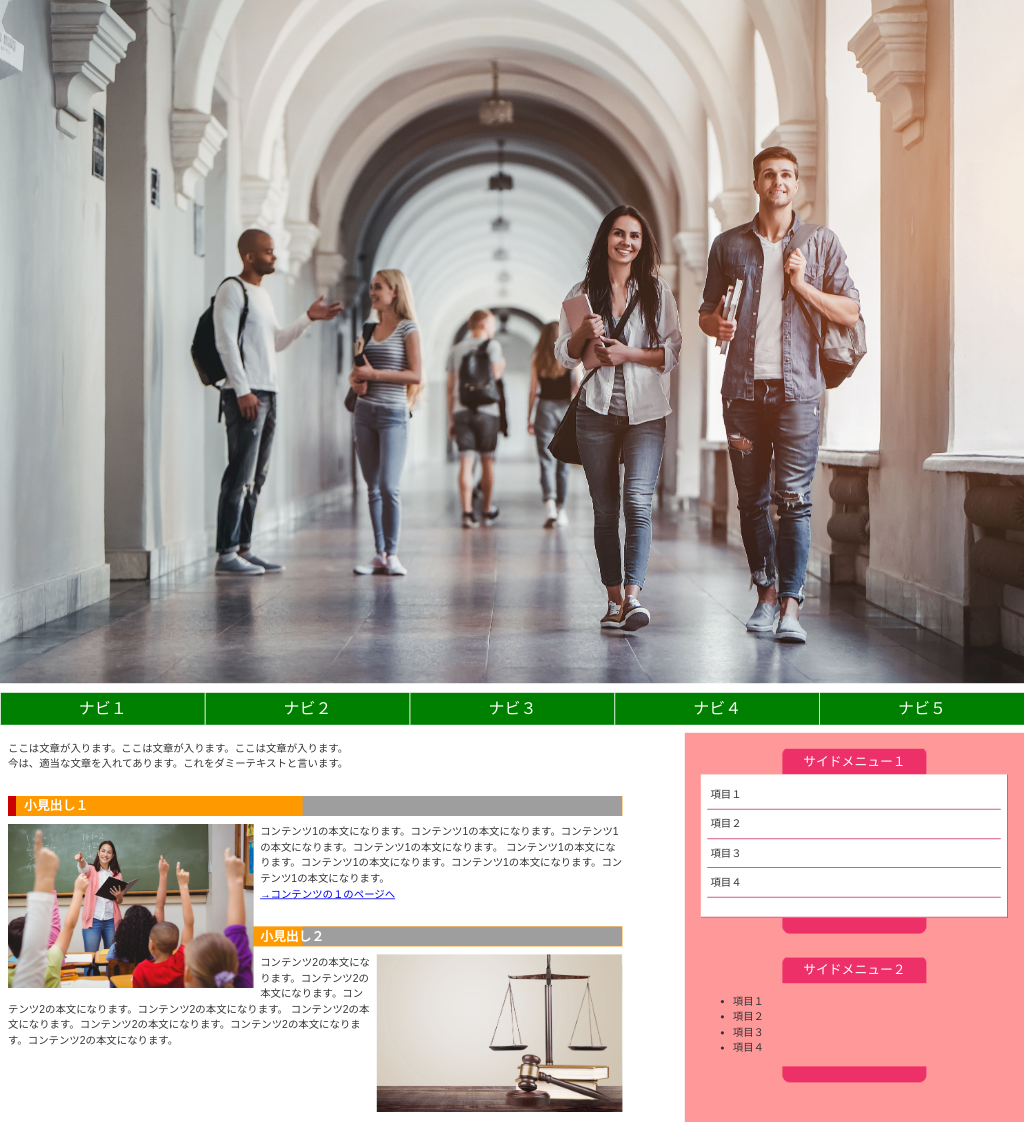
Repository: k-s-k119/samurai_HTML-CSS
Page: home.html
The author's editor kept a record of every edit. The page is drawn from the files as they stood at one moment, then again after the next edit.
The browser window is 1280 px wide. The pictures show the whole page, at 80% of full size.
Pictures or frames that could not be fetched are drawn as grey boxes.

Above is the page before.

### home.html
<!DOCTYPE html>
<html lang="ja">
  <head>
    <meta charset="UTF-8">
    <title>HTML/CSSの学習</title>
    <link rel="stylesheet" href="stylesheet.css">
  </head>
  <body>
    <div id="header">
      <h1><a href="index.html"><img id="corridor" src="images/corridor.jpg" alt="大学の廊下" /></a></h1>
    </div>
    <div id="wrapper">
      <div id="nav">
        <ul>
          <li><a href="home.html">ナビ１</a></li>
          <li><a href="#">ナビ２</a></li>
          <li><a href="#">ナビ３</a></li>
          <li><a href="#">ナビ４</a></li>
          <li><a href="#">ナビ５</a></li>
        </ul>
      </div>
    </div>
      <div id="container">
        <div id="main">
          <div class="post">
            <p>ここは文章が入ります。ここは文章が入ります。ここは文章が入ります。<br />今は、適当な文章を入れてあります。これをダミーテキストと言います。</p>
          </div>
          <div class="post clearfix">
            <h2>小見出し１</h2>
            <img class="left" src="images/classroom.jpg" alt="授業風景" />
            <p>
              コンテンツ1の本文になります。コンテンツ1の本文になります。コンテンツ1の本文になります。コンテンツ1の本文になります。
              コンテンツ1の本文になります。コンテンツ1の本文になります。コンテンツ1の本文になります。コンテンツ1の本文になります。
            </p>
            <p><a href="#">→コンテンツの１のページへ</a></p>
          </div>
          <div class="post clearfix">
            <h2>小見出し２</h2>
            <img class="right" src="images/scale.jpg" alt="天秤" />
            <p>
              コンテンツ2の本文になります。コンテンツ2の本文になります。コンテンツ2の本文になります。コンテンツ2の本文になります。
              コンテンツ2の本文になります。コンテンツ2の本文になります。コンテンツ2の本文になります。コンテンツ2の本文になります。
            </p>
          </div>
        </div>
      </div>
          <div id="side">
            <div class="box">
              <h2>サイドメニュー１</h2>
              <div class="boxBody">
                <ul>
                  <li>項目１</li>
                  <li>項目２</li>
                  <li>項目３</li>
                  <li>項目４</li>
                </ul>
              </div>
            </div>
            <div class="box">
              <h2>サイドメニュー２</h2>
              <div class="boxBoxy">
                <ul>
                  <li>項目１</li>
                  <li>項目２</li>
                  <li>項目３</li>
                  <li>項目４</li>
                </ul>
              </div>
            </div>
          </div>
        </div>
      </div>
  </body>
</html>

### stylesheet.css
@charset "utf-8";

body {
		margin: 0;
		padding: 0;
		font-family: "ヒラギノ角ゴ Pro W3", "Hiragino Kaku Gothic Pro", "メイリオ", Meiryo, Osaka, "ＭＳ Ｐゴシック", "MS PGothic", sans-serif;
		color: #333;
		font-size: 13px;
		line-height: 150%;
}

#wrapper {
		width: 100%;
		margin: auto;
		padding: 0px;
		border: 0px;
		background-color: #FFF;
		top: 10px;
		position: relative;
}
#header {
		width: 100%;
}
#header {
		margin: 0;
		padding: 0;
}

h1 {
		margin: 0px;
}
#corridor {
		width: 100%;
		height: auto;
}

#footer {
		clear: both;
		width: 100%;
		padding: 3px 0 3px 0;
		background: #39F;
		color: #FFF;
		font-weight: bold;
		text-align: center;
}

#nav {
		width: 100%;
}
#nav ul {
		margin: 0;
		padding: 0;
		list-style-type: none;
}
#nav ul li {
		float: left;
		width: 20%;
		text-align: center;
}
#nav ul li a {
		display: block;
		height: 20px;
		margin: 0;
		padding: 10px;
		color: #FFF;
		font-size: 20px;
		text-decoration: none;
		background-color: green;
	border-left: 1px solid white;
}

#nav ul li a:hover {
		filter: drop-shadow(10px 10px 10px black);
}

#container {
		width: 100%;
		margin: auto;
		padding: auto;
		padding-top: 20px;
		clear: both;
}
#main {
		float: left;
		width: 60%;
		padding: 10px 30px 10px 10px;
}
#main h2 {
		margin: 0 0 10px 0;
		padding: 3px 10px 3px 10px;
		color: #FFF;
		font-size: 16px;
		border-left: solid 10px #C00;
		background: #F90 url(../images/main_h2.jpg) right top repeat-y;

}
#main p {
		margin: 0;
		padding: 0;
}
#main .post {
		margin: 0 0 30px 0;
}
#main .post img.right {
		margin: 0 0 0 8px;
}
#main .post img.left {
		margin: 0 8px 0 0;
}
.right {
		float: right;
		width: 40%;
		height: auto;
}
.left {
		float: left;
		width: 40%;
		height: auto;
}
.clearfix {
		zoom: 1;
}
.clearfix: after {
		content: "";
		display: block;
		clear: both;
}

#side {
		float: right;
		width: 30%;
		padding: 20px;
		background-color: #F99;
}
#side .box {
		margin: 0 auto 30px auto;
		padding: 0 0 20px 0;
		background: url(images/side_box.png) bottom no-repeat;
}
#side .box h2 {
		margin: 0;
		padding: 8px;
		text-align: center;
		color: #fff;
		font-size: 16px;
		line-height: 16px;
		font-weight: normal;
		background: url(images/side_box_h2.png) center no-repeat;
}
#side .box .boxBody {
		padding: 8px;
		border-right: solid 1px #C36;
		border-bottom: solid 1px #C36;
		border-lift: solid 1px #C36;
		background: #fff;
}
#side .box .boxBody ul {
		margin: 0 0 16px 0;
		padding: 0;
}
#side .box .boxBody ul li {
		padding: 8px 0 8px 4px;
		list-style: none;
		border-bottom: solid 1px #C36;
}

#side .box .boxBody ul li:hover

After the next edit:
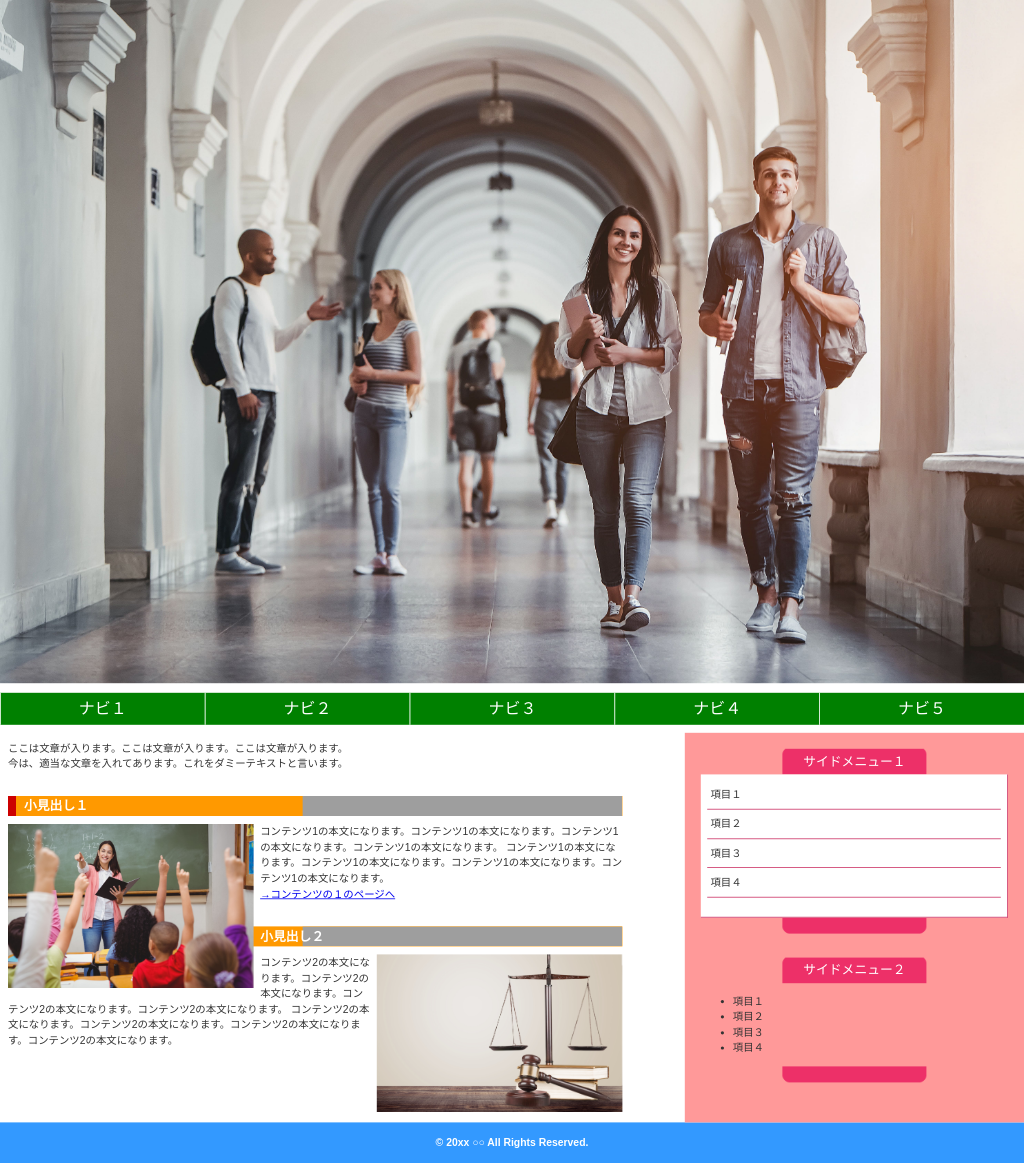
The edit:
--- a/home.html
+++ b/home.html
@@ -70,5 +70,9 @@
           </div>
         </div>
       </div>
-  </body>
+
+  </div>
+    <div id="footer">
+      <p>&copy; 20xx ○○ All Rights Reserved.</p>
+    </div>
 </html>
